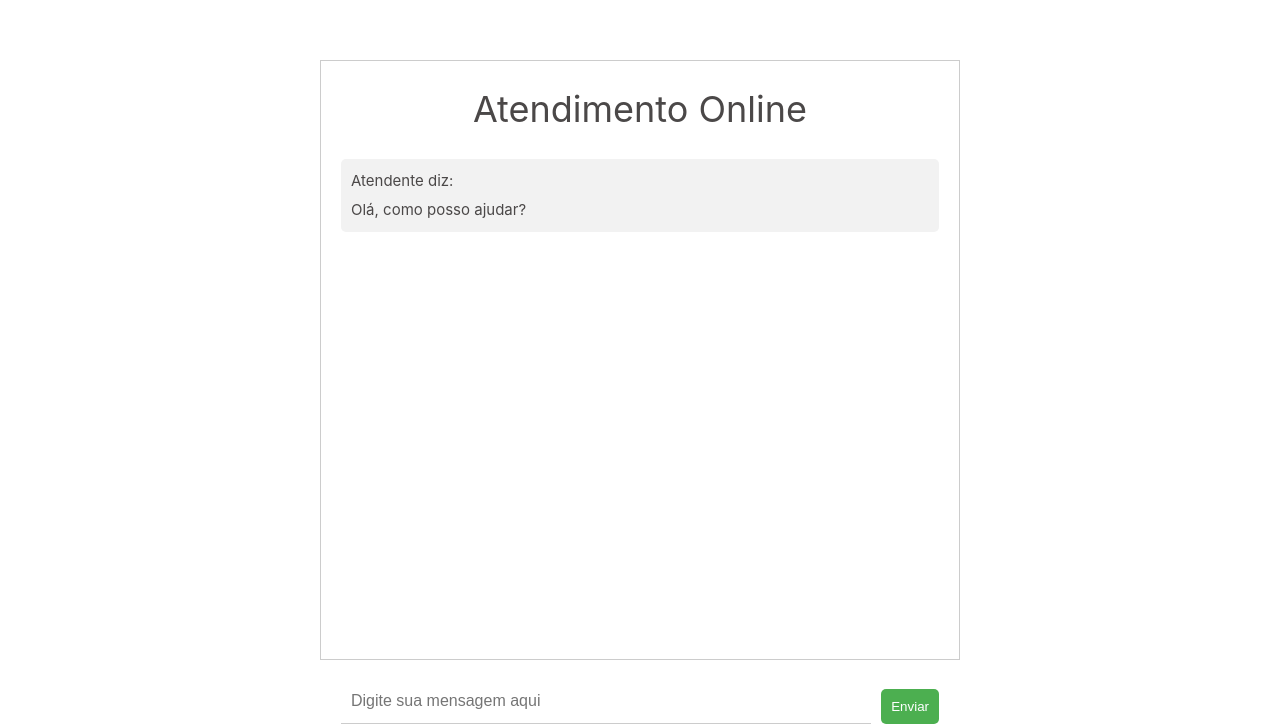
Repository: GabrielGuinzani/vueChat
Page: /
These files come from the project's save history. The page is drawn as it stood at one moment and after the next save; the edit follows.
The browser window is 1280 px wide. The pictures show the whole page.
Some web libraries are served in a nearby version. The project was rebuilt for these pictures with package versions that can differ from the ones it lists, and the page was loaded fresh each time. Also part of the build but not shown: vite.config.js.

Above is the page before, as saved 2023-04-19 12:09:20.

After the next save:
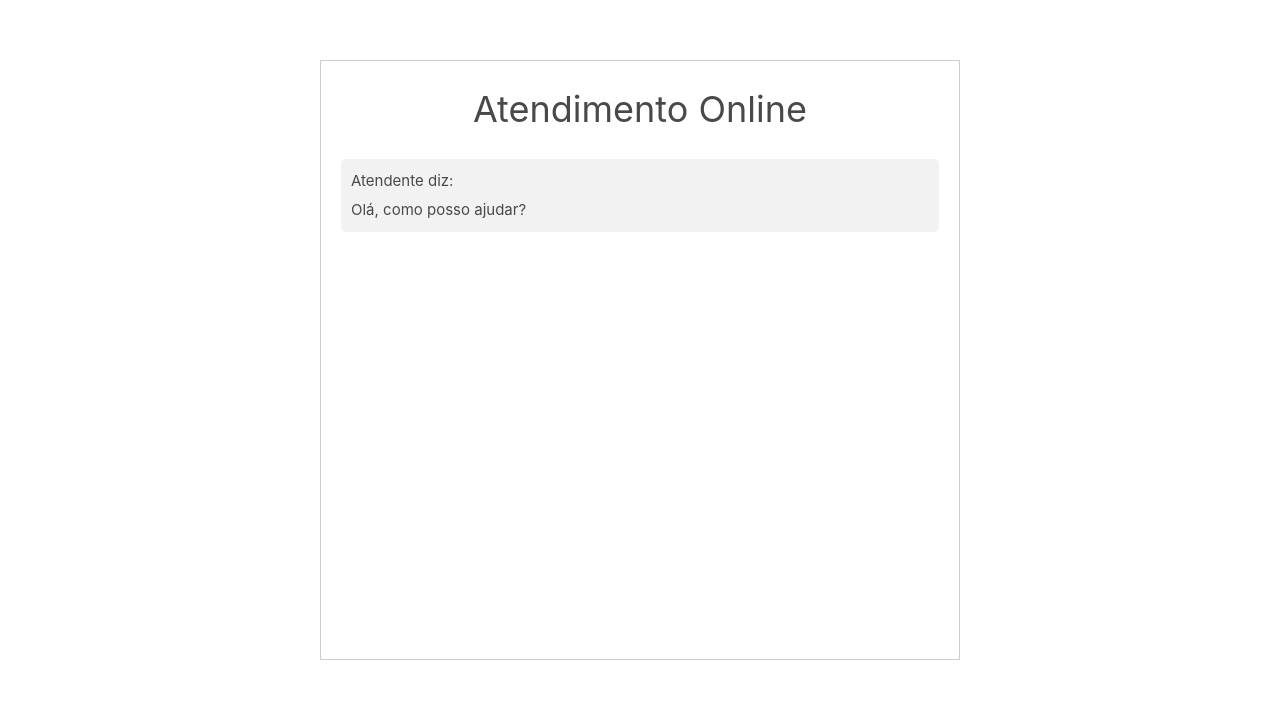
Saved 19 s later.
--- a/src/App.vue
+++ b/src/App.vue
@@ -13,12 +13,8 @@
         <div class="msg-user" v-if="message.type === 'user'"><strong>{{ message.author }} diz:</strong></div>
         <div class="msg-chat">{{ message.text }}</div>
       </div>
+    </div>
 
-    </div>
-    <form id="form-chat-send" @submit.prevent="sendMessage">
-      <input id="message" type="text" class="typebar" v-model="messageText" placeholder="Digite sua mensagem aqui">
-      <button type="submit" class="botao">Enviar</button>
-    </form>
   </div>
 </template>
 

After the save that followed:
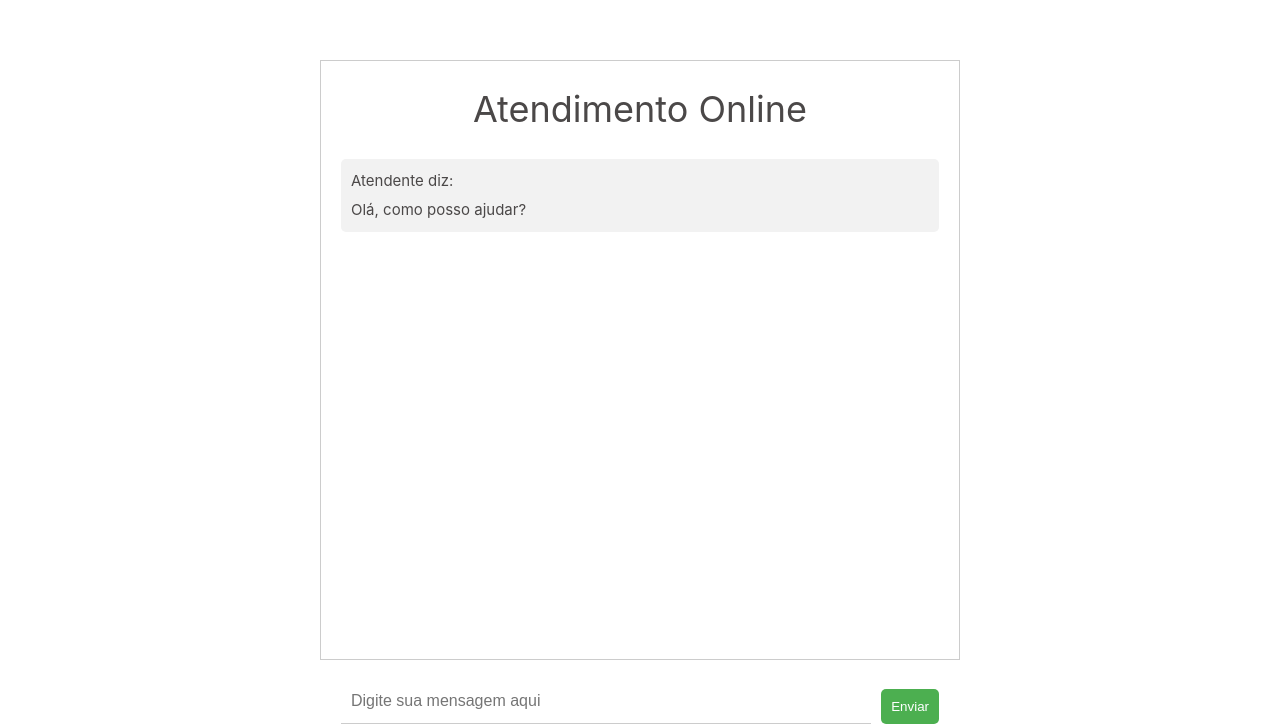
Saved 6 s later.
--- a/src/App.vue
+++ b/src/App.vue
@@ -14,7 +14,10 @@
         <div class="msg-chat">{{ message.text }}</div>
       </div>
     </div>
-
+    <form id="form-chat-send" @submit.prevent="sendMessage">
+      <input id="message" type="text" class="typebar" v-model="messageText" placeholder="Digite sua mensagem aqui">
+      <button type="submit" class="botao">Enviar</button>
+    </form>
   </div>
 </template>
 
